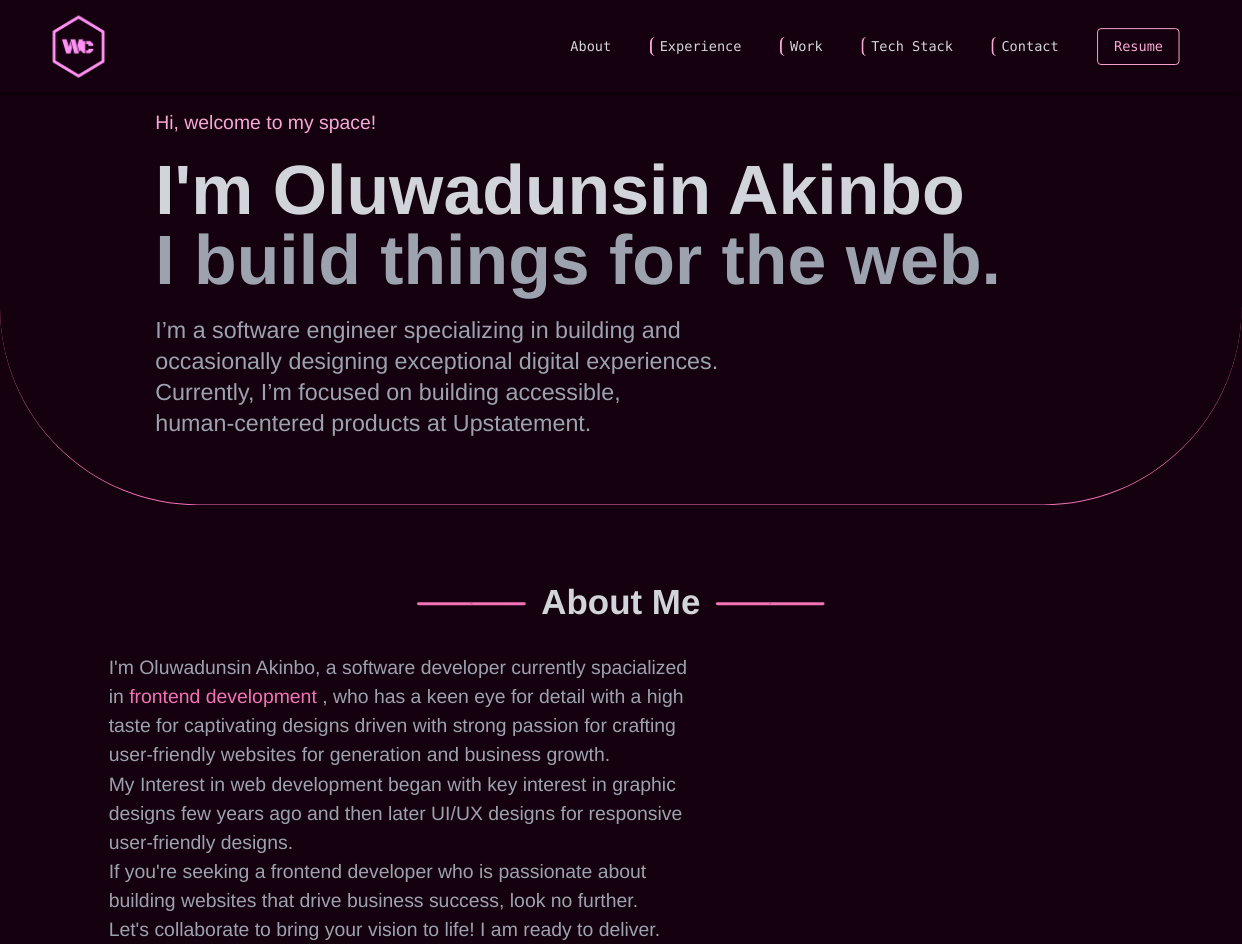
Repository: EmmyDunny1/myPortfolio
Page: / (app in MyPortfolio/)
The author's editor kept a copy of each file at every save. The page is drawn from the files as they stood at one save, then again after a run of saves.
The browser window is 1280 px wide. The pictures show the whole page, at 97% of full size.
The project was rebuilt for these pictures with package versions that can differ from the ones it lists, and the page was loaded fresh each time. Also part of the build but not shown: MyPortfolio/vite.config.js.

Above is the page before, as saved 2025-01-14 14:39:50.

After the next 7 saves:
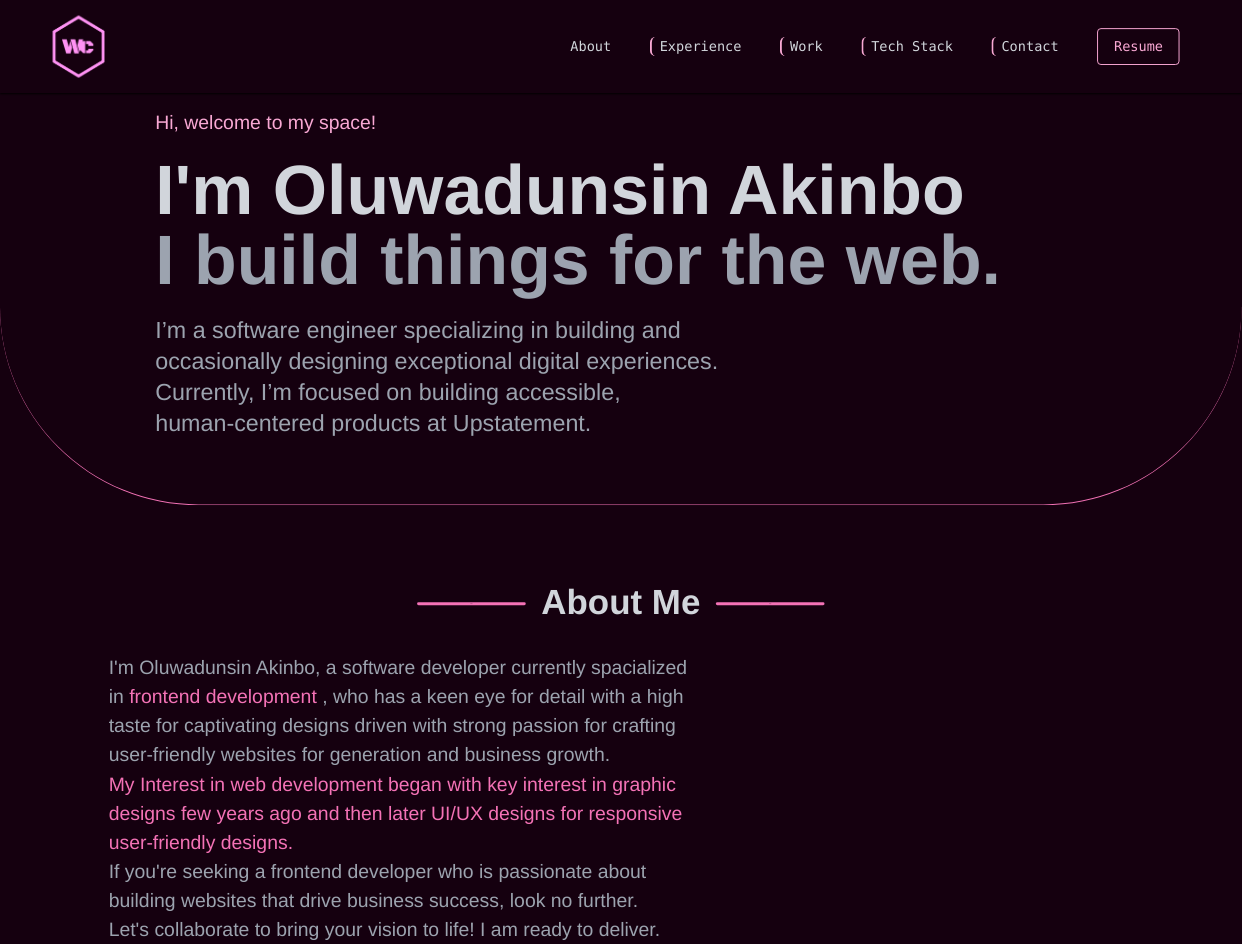
The 7 saves are shown as one change because they came seconds apart.
The last was saved 10 min 48 s later.
--- a/MyPortfolio/src/components/AboutMe.jsx
+++ b/MyPortfolio/src/components/AboutMe.jsx
@@ -16,7 +16,7 @@
             , who has a keen eye for detail with a high <br />taste for captivating designs driven with strong passion for crafting <br />user-friendly websites for generation and business growth.
             <br />
 
-               <span className='pt-10'>My Interest in web development began with key interest in graphic <br />designs few years ago and then later UI/UX designs for responsive <br />user-friendly designs.  </span>
+               <span className='pt-10 text-pink-400'>My Interest in web development began with key interest in graphic <br />designs few years ago and then later UI/UX designs for responsive <br />user-friendly designs.  </span>
 
 
               <br />If you're seeking a frontend developer who is passionate about <br /> building websites that drive business success, look no further.

After the save that followed:
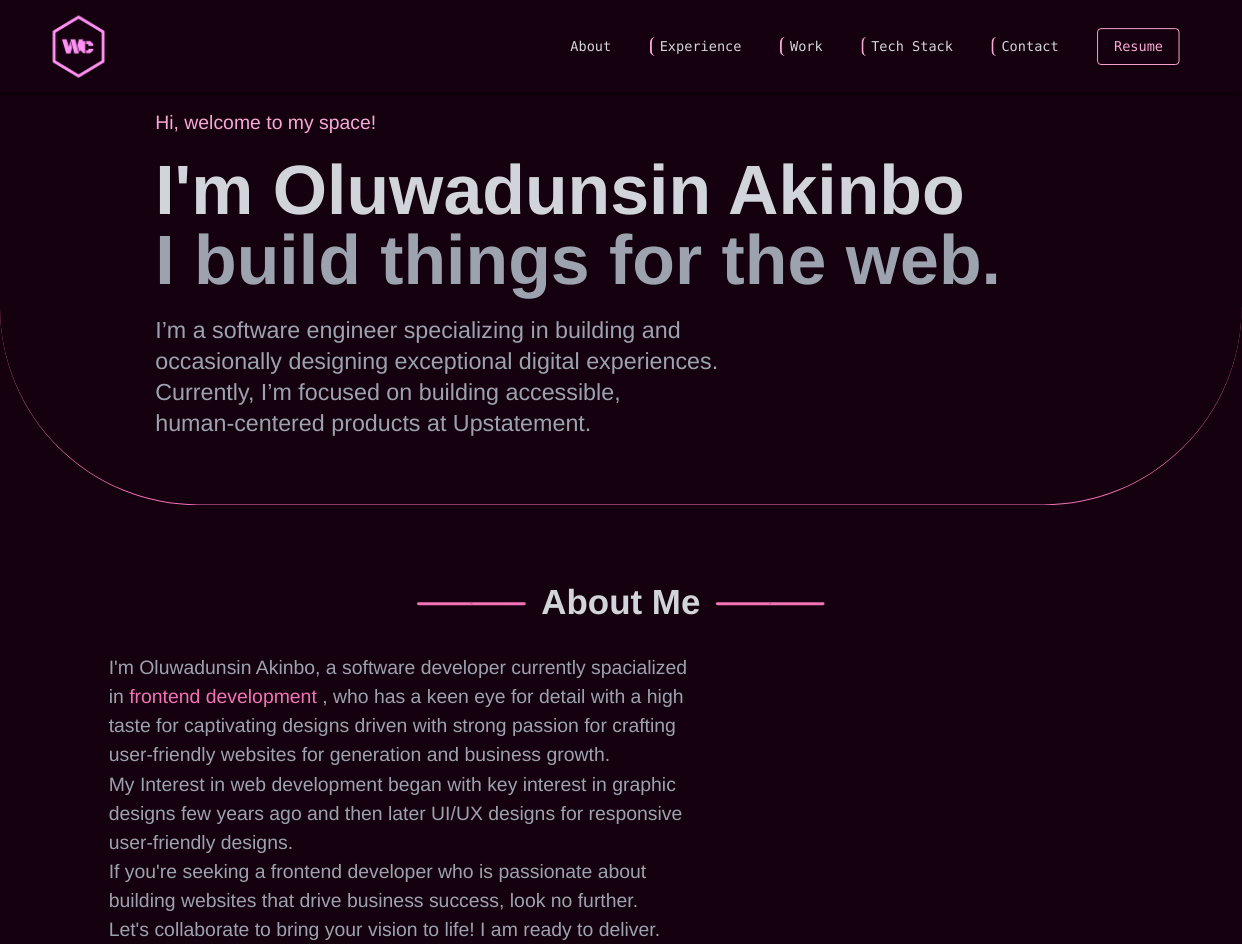
Saved 32 s later.
--- a/MyPortfolio/src/components/AboutMe.jsx
+++ b/MyPortfolio/src/components/AboutMe.jsx
@@ -16,7 +16,7 @@
             , who has a keen eye for detail with a high <br />taste for captivating designs driven with strong passion for crafting <br />user-friendly websites for generation and business growth.
             <br />
 
-               <span className='pt-10 text-pink-400'>My Interest in web development began with key interest in graphic <br />designs few years ago and then later UI/UX designs for responsive <br />user-friendly designs.  </span>
+               <span className='pt-10'>My Interest in web development began with key interest in graphic <br />designs few years ago and then later UI/UX designs for responsive <br />user-friendly designs.  </span>
 
 
               <br />If you're seeking a frontend developer who is passionate about <br /> building websites that drive business success, look no further.
